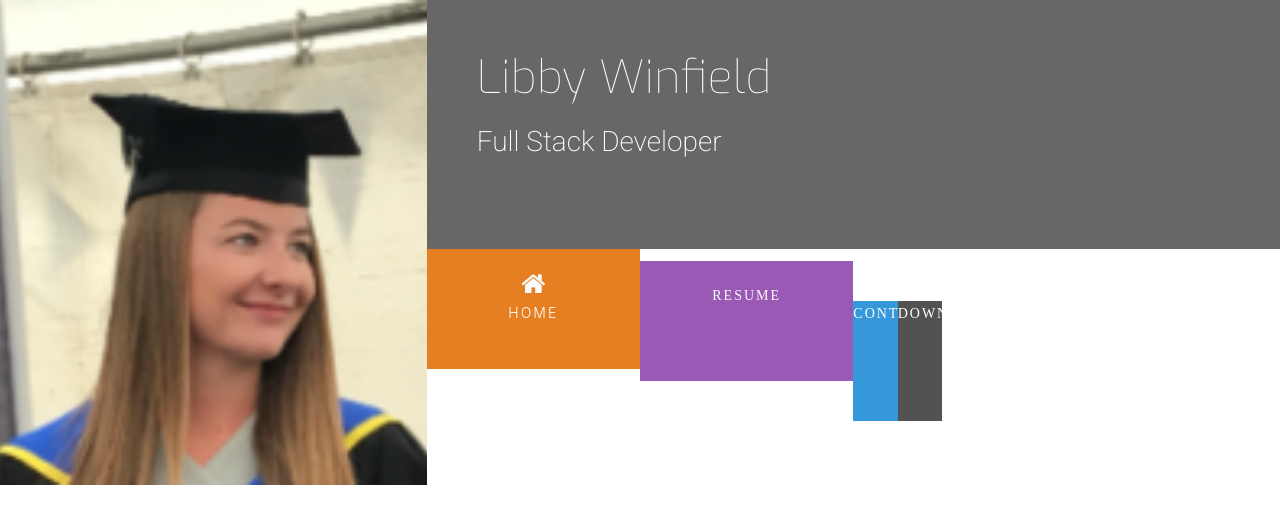
Repository: LibbyWin/CV
Page: index.html
The author's editor kept a record of every edit. The page is drawn from the files as they stood at one moment, then again after the next edit.
The browser window is 1280 px wide. The pictures show the whole page.

Above is the page before.

### index.html
<!DOCTYPE html>
<html lang="en">
<head>
    <meta charset="UTF-8">
    <meta name="viewport" content="width=device-width, initial-scale=1.0">
    <meta http-equiv="X-UA-Compatible" content="ie=edge">
    <link rel="stylesheet" href="https://stackpath.bootstrapcdn.com/bootstrap/4.3.1/css/bootstrap.min.css" type="text/css" />
    <link rel="stylesheet" href="https://stackpath.bootstrapcdn.com/font-awesome/4.7.0/css/font-awesome.min.css" type="text/css" />
    <link rel="stylesheet" href="assets/css/style.css" type="text/css" />
    <title>Libby</title>
    <style>
   @import url('https://fonts.googleapis.com/css?family=Exo&display=swap');
    </style>
</head>
<body>
    <header>
        <div class="row no-gutters">
            <a href="index.html" class="col-md-4 logo">

            </a>
            <div class="col-md-8">
                <div class="row no-gutters bg-color-name-title">
                    <div class="col heading">
                        <h1 class="name">Libby Winfield</h1>
                        <h2 class="title">Full Stack Developer</h2>

                    </div>
                </div>
                <div class="row no-gutters">
                    <div class="col">
                        <ul id="nav" class="list-inline menucontainer">
                            <li class="col-6 col-sm-3 ui-menu-color-home list-inline-item menuitem">
                                <a href="#"><i class="fa fa-home" aria-hidden_"true"></i><span>Home</span></a>
                            </li>
                            <li class="col-6 col-sm-3 ui-menu-color-resume list-inline-item menuitem">
                                <a href="#"><i class="fa" aria-hidden_"true"><span>Resume</span></a>
                            </li>
                            <li class="col-6 col-sm-3 ui-menu-color-contact list-inline-item menuitem">
                                <a href="#"><span>Contact</span></a>
                            </li>
                            <li class="col-6 col-sm-3 ui-menu-color-download list-inline-item menuitem">
                                <a href="#"><span>Download</span></a>
                            </li>
                        </ul>
                    </div>
                </div>


            </div>
        </div>
    </header>
    <section>

    </section>
    <footer>

    </footer>

</body>
</html>

### assets/css/style.css
@import url('https://fonts.googleapis.com/css?family=Roboto:100,200,300,400,500,600,700|Exo:100,200,300,400,500,600,700');

/*--------------------------------------------Colors*/

.bg-color-name-title {
    background-color: #676767;
}

.ui-menu-color-home {
    background-color: #e67e22;
}

.ui-menu-color-resume {
    background-color: #9b59b6;
}

.ui-menu-color-contact {
    background-color: #3498db;
}

.ui-menu-color-download {
    background-color: #525252;
}

/*--------------------------------------------Heading*/

header {
    margin: 0;
}

.heading {
    margin-left: 50px;
}

.logo {
    background: url("../images/IMG_1027.JPG");
    background-position: center;
    background-repeat: no-repeat;
    background-size: cover;
    min-height: 360px;
    transition: all .5s ease-in-out;
    -moz-transition: all .5s ease-in-out;
    -webkit-transition: all .5s ease-in-out;
}

.name {
    font-family: "Exo", sans-serif;
    font-weight: 100;
    font-size: 46px;
    margin-top: 50px;
    color: #fff;
}

.title {
    font-family: "Roboto", sans-serif;
    font-weight: 200;
    font-size: 28px;
    margin-top: 20px;
    margin-bottom: 90px;
    color: #fff;
}

.list-inline-item:not(:last-child) {
    margin: 0;
}

.menucontainer {
    font-size: 0;
}

#nav li {
    font-size: 14px;
    padding: 0;
}

.menuitem {
    height: 120px;
    text-align: center;
    padding: 0;
}

.menuitem a {
    width: 100%;
    text-decoration: none;
    color: #fff;
    height: 120px;
}

.menuitem a i {
    padding-top: 22px;
    display: block;
    color: #fafafa;
    font-size: 26px;
}

.menuitem span {
    display: block;
    width: 100%;
    padding-top: 5px;
    text-align: center;
    text-transform: uppercase;
    font-size: 14px;
    font-weight: 300;
    letter-spacing: 2px;
}

After the next edit:
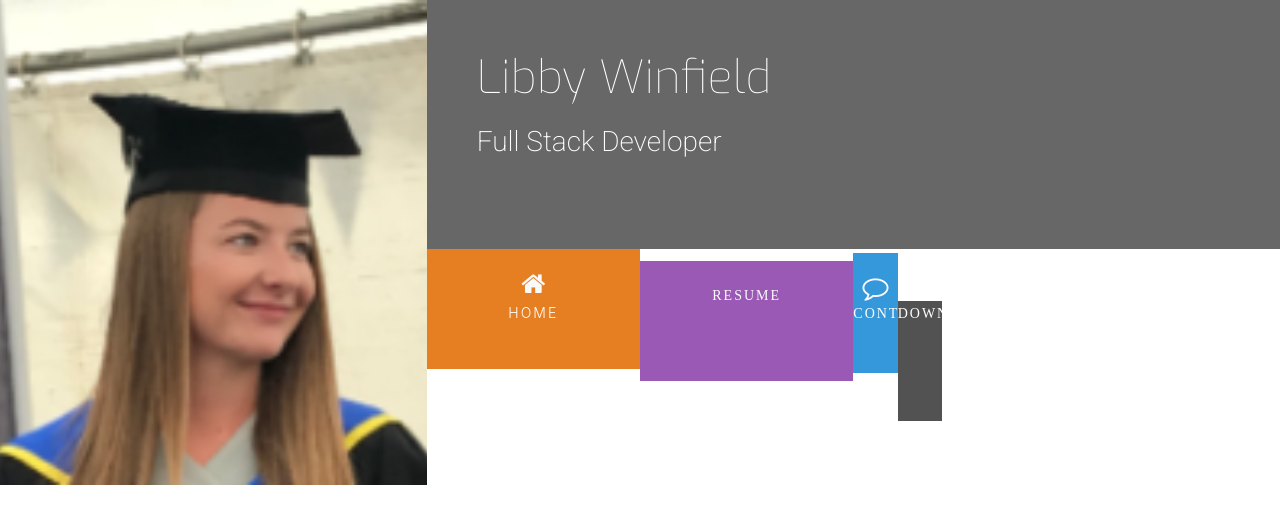
The edit:
--- a/index.html
+++ b/index.html
@@ -36,7 +36,7 @@
                                 <a href="#"><i class="fa" aria-hidden_"true"><span>Resume</span></a>
                             </li>
                             <li class="col-6 col-sm-3 ui-menu-color-contact list-inline-item menuitem">
-                                <a href="#"><span>Contact</span></a>
+                                <a href="#"><i class="fa fa-comment-o" aria-hidden="true"></i><span>Contact</span></a>
                             </li>
                             <li class="col-6 col-sm-3 ui-menu-color-download list-inline-item menuitem">
                                 <a href="#"><span>Download</span></a>
